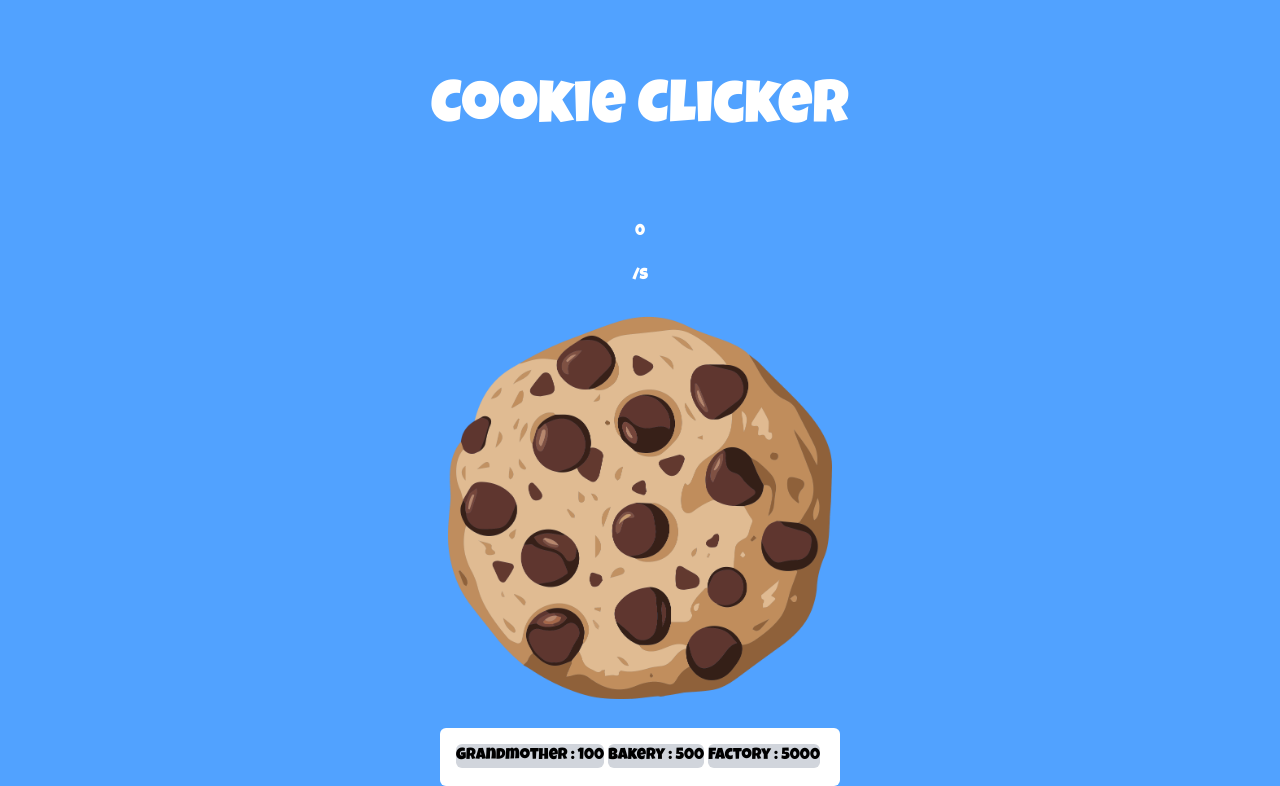
Repository: Cozmoss/cookie_clicker
Page: /
The author's editor kept a copy of each file at every save. The page is drawn from the files as they stood at one save, then again after the next save.
The browser window is 1280 px wide. The pictures show the whole page.
The project was rebuilt for these pictures with package versions that can differ from the ones it lists, and the page was loaded fresh each time. Also part of the build but not shown: vite.config.js, src/App.css.

Above is the page before, as saved 2026-04-24 15:38:28.

### index.html
<!doctype html>
<html lang="en">
	<head>
		<meta charset="UTF-8" />
		<link rel="icon" type="image/svg+xml" href="/favicon.svg" />
		<meta name="viewport" content="width=device-width, initial-scale=1.0" />
		<link href="https://fonts.googleapis.com/css2?family=Luckiest+Guy&display=swap" rel="stylesheet" />
		<title>Cookie Clicker</title>
	</head>
	<body>
		<div id="root"></div>
		<script type="module" src="/src/main.jsx"></script>
	</body>
</html>

### src/index.css
@import "tailwindcss";

:root {
	font-family: "Luckiest Guy";
	background-color: oklch(70.7% 0.165 254.624);
}

### src/App.jsx
import "./App.css";
import Header from "./components/Header";
import CookieCount from "./components/CookieCount";
import CookiePerSecond from "./components/CookiePerSecond";
import Cookie from "./components/Cookie";
import Shop from "./components/Shop";
import { GameProvider } from "./context/GameContext";

function App() {
	return (
		<GameProvider>
			<Header />
			<main className="grid justify-items-center gap-5">
				<CookieCount />
				<CookiePerSecond />
				<Cookie />
				<Shop />
			</main>
		</GameProvider>
	);
}

export default App;

### src/components/Header.jsx
function Header() {
	return <header className="text-6xl text-white text-center my-20">Cookie Clicker</header>;
}

export default Header;

### src/components/CookieCount.jsx
import { useGame } from "../context/GameContext";

function CookieCount() {
    const { state } = useGame();

	return <div className="text-white">{state.count}</div>;
}

export default CookieCount;

### src/components/CookiePerSecond.jsx
import { useGame } from "../context/GameContext";

function CookiePerSecond() {
    const {state} = useGame();
	return <div className="text-white">{state.cps}/s</div>;
}

export default CookiePerSecond;

### src/components/Cookie.jsx
import cookie from "../assets/cookie.png";
import { useGame } from "../context/GameContext";

function Cookie() {
    const { dispatch } = useGame();
	return (
		<div>
			<button className="cursor-pointer" onClick={() => dispatch({type: "CLICK_COOKIE"})}>
				<img src={cookie} alt="Cookie" className="w-96" />
			</button>
		</div>
	);
}

export default Cookie;

### src/components/Shop.jsx
import { useGame } from "../context/GameContext";

function Shop() {
    const { state, dispatch } = useGame();
	return (
		<div className="bg-white p-4 rounded-md">
            {state.upgrades.map((upgrade) => (
                <button key={upgrade.id} onClick={() => dispatch({type: "BUY_UPGRADE", payload: { cost: upgrade.cost, cps: upgrade.cps }})} disabled={state.count < upgrade.cost} className="bg-gray-300 rounded-md cursor-pointer align-middle mr-1">{upgrade.name} : {upgrade.cost}</button>
            ))}
		</div>
	);
}

export default Shop;

### src/context/GameContext.jsx
import { createContext, useContext, useEffect, useReducer } from "react";

const GameContext = createContext()

const initialState = {
    count: 0,
    cookiePerSecond: 0,
    upgrades: [
        {id: 1, name: "Grandmother", cost: 100, cps: 1},
        {id: 2, name: "Bakery", cost: 500, cps: 10},
        {id: 3, name: "Factory", cost: 5000, cps: 100},
    ],
}

function GameReducer(state, action) {
    switch (action.type) {
        case "CLICK_COOKIE":
            return {...state, count: state.count + 1};
        case "BUY_UPGRADE":
            return {...state, count: state.count - action.payload.cost, cookiePerSecond: state.cookiePerSecond + action.payload.cps};
        case "TICK":
            return {...state, count: state.count + state.cookiePerSecond};
        default:
            return state;
    }
}

export function GameProvider({children}) {
    const [state, dispatch] = useReducer(GameReducer, initialState);

    useEffect(() => {
        const interval = setInterval(() => dispatch({type: "TICK"}), 1000);
        return () => clearInterval(interval);
    }, []);

    return (<GameContext.Provider value={{state, dispatch}}>
        {children}
    </GameContext.Provider>);
}

export const useGame = () => useContext(GameContext);

Loaded but not shown: src/main.jsx (common file)

After the next save:
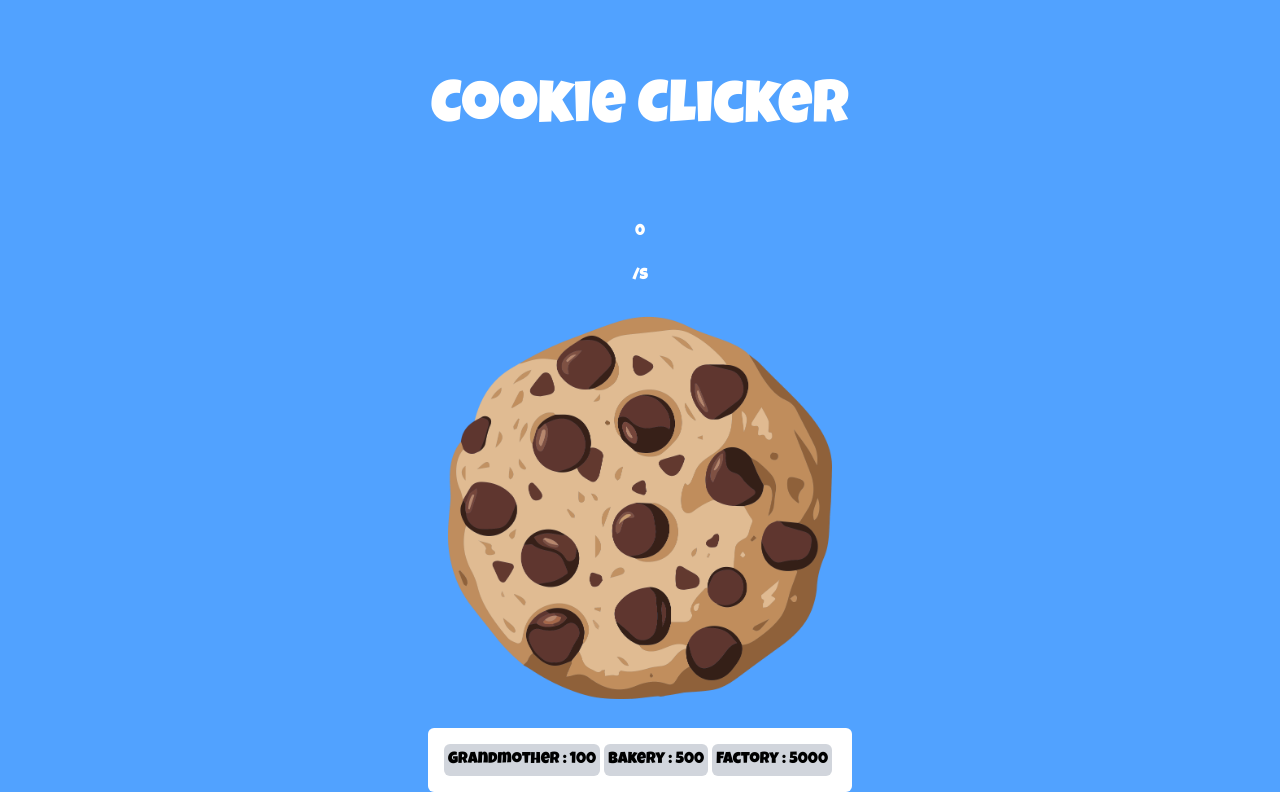
Saved 19 s later.
--- a/src/components/Shop.jsx
+++ b/src/components/Shop.jsx
@@ -5,7 +5,7 @@
 	return (
 		<div className="bg-white p-4 rounded-md">
             {state.upgrades.map((upgrade) => (
-                <button key={upgrade.id} onClick={() => dispatch({type: "BUY_UPGRADE", payload: { cost: upgrade.cost, cps: upgrade.cps }})} disabled={state.count < upgrade.cost} className="bg-gray-300 rounded-md cursor-pointer align-middle mr-1">{upgrade.name} : {upgrade.cost}</button>
+                <button key={upgrade.id} onClick={() => dispatch({type: "BUY_UPGRADE", payload: { cost: upgrade.cost, cps: upgrade.cps }})} disabled={state.count < upgrade.cost} className="bg-gray-300 rounded-md cursor-pointer align-middle p-1 mr-1">{upgrade.name} : {upgrade.cost}</button>
             ))}
 		</div>
 	);

After the save that followed:
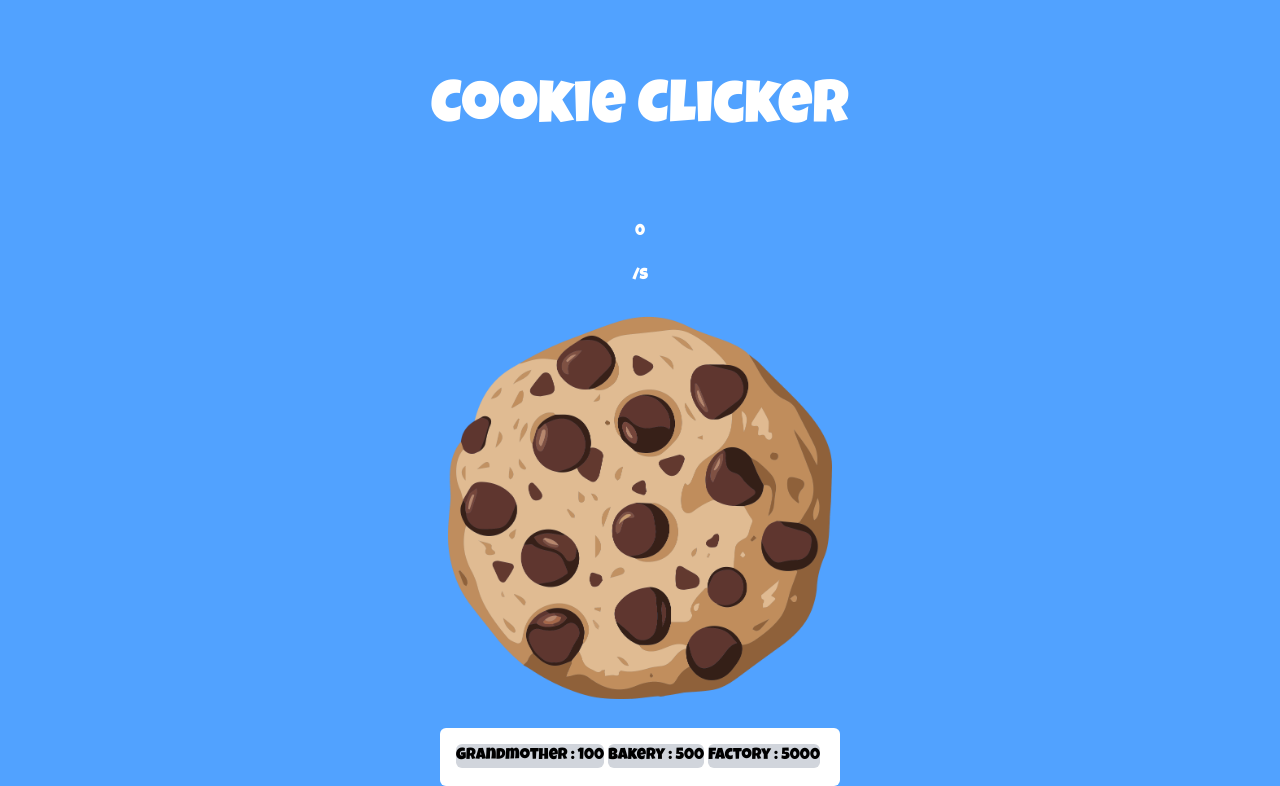
Saved 12 s later.
--- a/src/components/Shop.jsx
+++ b/src/components/Shop.jsx
@@ -5,7 +5,7 @@
 	return (
 		<div className="bg-white p-4 rounded-md">
             {state.upgrades.map((upgrade) => (
-                <button key={upgrade.id} onClick={() => dispatch({type: "BUY_UPGRADE", payload: { cost: upgrade.cost, cps: upgrade.cps }})} disabled={state.count < upgrade.cost} className="bg-gray-300 rounded-md cursor-pointer align-middle p-1 mr-1">{upgrade.name} : {upgrade.cost}</button>
+                <button key={upgrade.id} onClick={() => dispatch({type: "BUY_UPGRADE", payload: { cost: upgrade.cost, cps: upgrade.cps }})} disabled={state.count < upgrade.cost} className="bg-gray-300 rounded-md cursor-pointer align-middle p mr-1">{upgrade.name} : {upgrade.cost}</button>
             ))}
 		</div>
 	);
